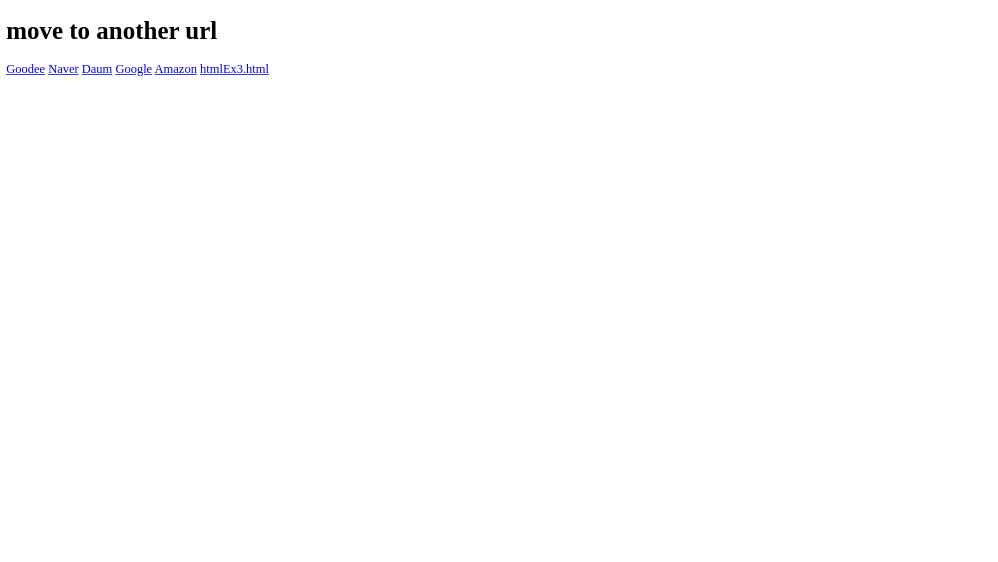
Repository: LucestDail/WebEclipse-Workspace
Page: htmlProject/WebContent/htmlEx4.html
These files come from the project's save history. The page is drawn as it stood at one moment and after the next save; the edit follows.
The browser window is 1280 px wide. The pictures show the whole page, at 78% of full size.

Above is the page before, as saved 2020-11-05 05:48:03.

### htmlProject/WebContent/htmlEx4.html
<!DOCTYPE html>
<html>
<head>
<meta charset="UTF-8">
<title>move to another url : a tag</title>
</head>
<body>
<h1> move to another url<br></h1>
<a href = "http://goodee.co.kr" target="_blank"> Goodee</a>
<a href = "http://naver.com">Naver</a>
<a href = "http://daum.net">Daum</a>
<a href = "http://google.com">Google</a>
<a href = "http://amazon.com">Amazon</a>
<a href = "htmlEx3.html#quot" target = "_blank"> htmlEx3.html</a>
</body>
</html>

After the next save:
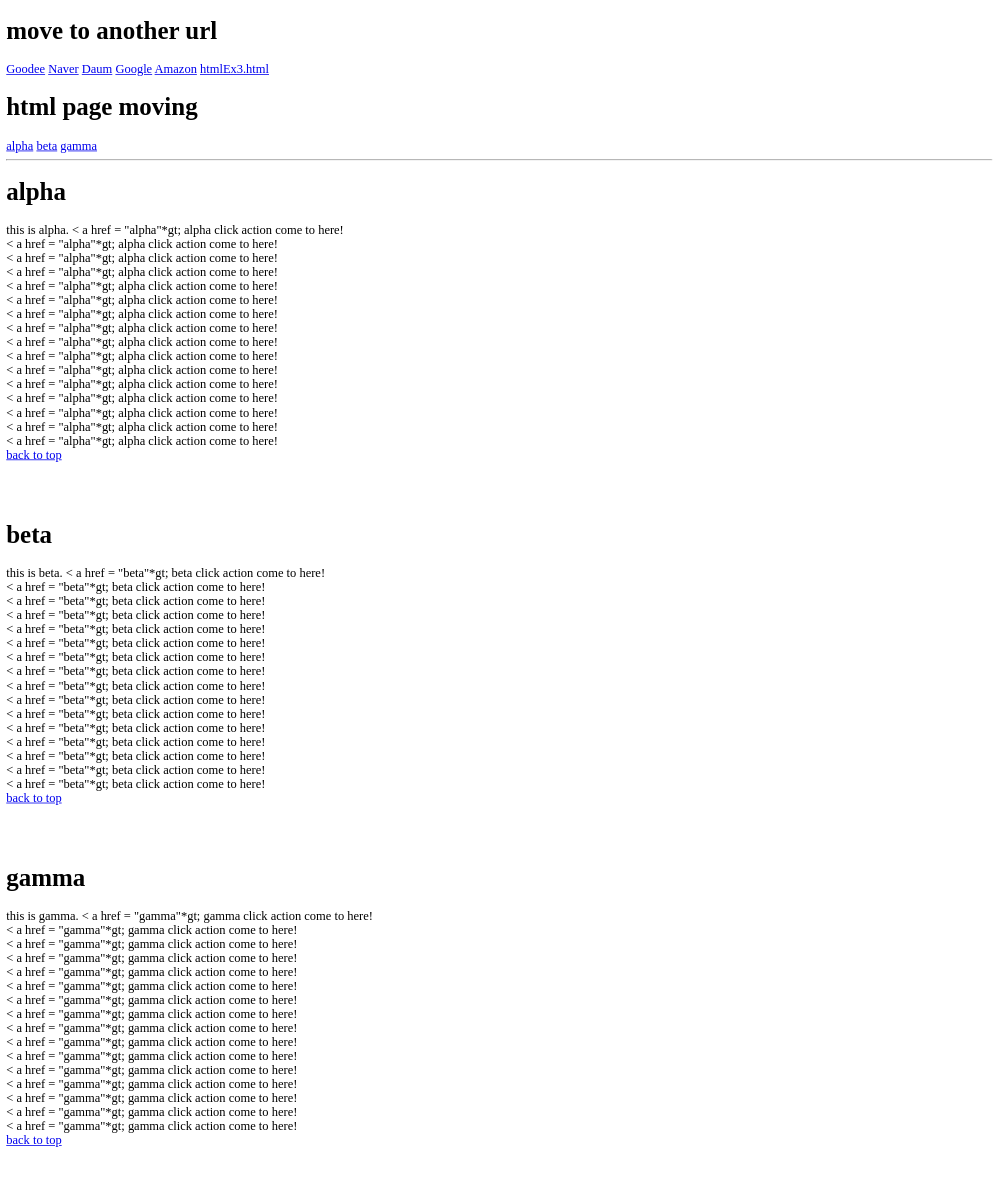
Saved 9 min 12 s later.
--- a/htmlProject/WebContent/htmlEx4.html
+++ b/htmlProject/WebContent/htmlEx4.html
@@ -12,5 +12,68 @@
 <a href = "http://google.com">Google</a>
 <a href = "http://amazon.com">Amazon</a>
 <a href = "htmlEx3.html#quot" target = "_blank"> htmlEx3.html</a>
+<h1> html page moving</h1>
+<a name = "top"></a>
+<a href = "#alpha">alpha</a>
+<a href = "#beta">beta</a>
+<a href = "#gamma">gamma</a>
+<hr>
+<h1 id = "alpha"> alpha</h1>
+<p> this is alpha.
+&lt; a href = "alpha"*gt; alpha click action come to here!<br>
+&lt; a href = "alpha"*gt; alpha click action come to here!<br>
+&lt; a href = "alpha"*gt; alpha click action come to here!<br>
+&lt; a href = "alpha"*gt; alpha click action come to here!<br>
+&lt; a href = "alpha"*gt; alpha click action come to here!<br>
+&lt; a href = "alpha"*gt; alpha click action come to here!<br>
+&lt; a href = "alpha"*gt; alpha click action come to here!<br>
+&lt; a href = "alpha"*gt; alpha click action come to here!<br>
+&lt; a href = "alpha"*gt; alpha click action come to here!<br>
+&lt; a href = "alpha"*gt; alpha click action come to here!<br>
+&lt; a href = "alpha"*gt; alpha click action come to here!<br>
+&lt; a href = "alpha"*gt; alpha click action come to here!<br>
+&lt; a href = "alpha"*gt; alpha click action come to here!<br>
+&lt; a href = "alpha"*gt; alpha click action come to here!<br>
+&lt; a href = "alpha"*gt; alpha click action come to here!<br>
+&lt; a href = "alpha"*gt; alpha click action come to here!<br>
+<a href = "#top"> back to top</a><br><br><br><br>
+<h1 id = "beta">beta</h1>
+<p> this is beta.
+&lt; a href = "beta"*gt; beta click action come to here!<br>
+&lt; a href = "beta"*gt; beta click action come to here!<br>
+&lt; a href = "beta"*gt; beta click action come to here!<br>
+&lt; a href = "beta"*gt; beta click action come to here!<br>
+&lt; a href = "beta"*gt; beta click action come to here!<br>
+&lt; a href = "beta"*gt; beta click action come to here!<br>
+&lt; a href = "beta"*gt; beta click action come to here!<br>
+&lt; a href = "beta"*gt; beta click action come to here!<br>
+&lt; a href = "beta"*gt; beta click action come to here!<br>
+&lt; a href = "beta"*gt; beta click action come to here!<br>
+&lt; a href = "beta"*gt; beta click action come to here!<br>
+&lt; a href = "beta"*gt; beta click action come to here!<br>
+&lt; a href = "beta"*gt; beta click action come to here!<br>
+&lt; a href = "beta"*gt; beta click action come to here!<br>
+&lt; a href = "beta"*gt; beta click action come to here!<br>
+&lt; a href = "beta"*gt; beta click action come to here!<br>
+<a href = "#top"> back to top</a><br><br><br><br>
+<h1 id = "gamma">gamma</h1>
+<p> this is gamma.
+&lt; a href = "gamma"*gt; gamma click action come to here!<br>
+&lt; a href = "gamma"*gt; gamma click action come to here!<br>
+&lt; a href = "gamma"*gt; gamma click action come to here!<br>
+&lt; a href = "gamma"*gt; gamma click action come to here!<br>
+&lt; a href = "gamma"*gt; gamma click action come to here!<br>
+&lt; a href = "gamma"*gt; gamma click action come to here!<br>
+&lt; a href = "gamma"*gt; gamma click action come to here!<br>
+&lt; a href = "gamma"*gt; gamma click action come to here!<br>
+&lt; a href = "gamma"*gt; gamma click action come to here!<br>
+&lt; a href = "gamma"*gt; gamma click action come to here!<br>
+&lt; a href = "gamma"*gt; gamma click action come to here!<br>
+&lt; a href = "gamma"*gt; gamma click action come to here!<br>
+&lt; a href = "gamma"*gt; gamma click action come to here!<br>
+&lt; a href = "gamma"*gt; gamma click action come to here!<br>
+&lt; a href = "gamma"*gt; gamma click action come to here!<br>
+&lt; a href = "gamma"*gt; gamma click action come to here!<br>
+<a href = "#top"> back to top</a><br><br><br><br>
 </body>
 </html>
